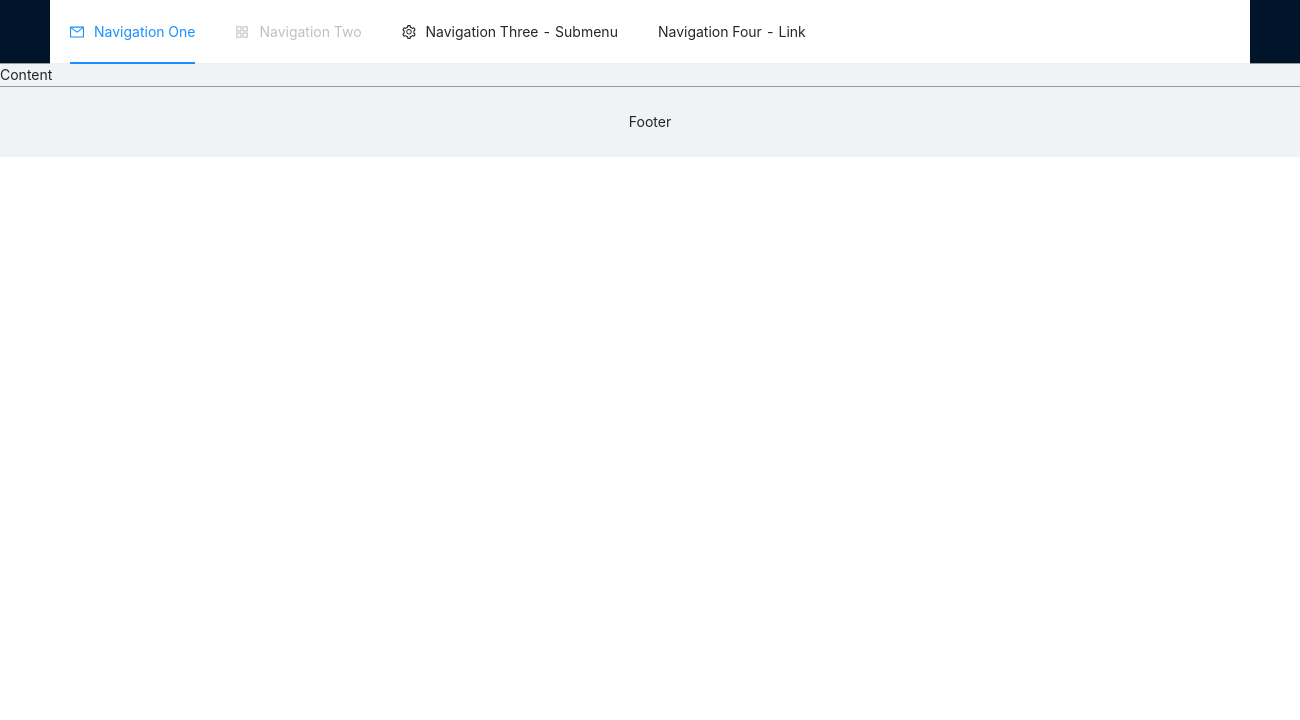
Repository: ohayo-aidi/news-site
Page: /
An editor plug-in stored every save of this project. The page is shown before and after a run of saves, followed by the edit.
The browser window is 1280 px wide. The page is 1300 px wide, so the pictures cover 1300 px, including what lies to the right of the window. The pictures show the whole page.
The project was rebuilt for these pictures with package versions that can differ from the ones it lists, and the page was loaded fresh each time.

Above is the page before, as saved 2022-10-15 11:24:02.

After the next 3 saves:
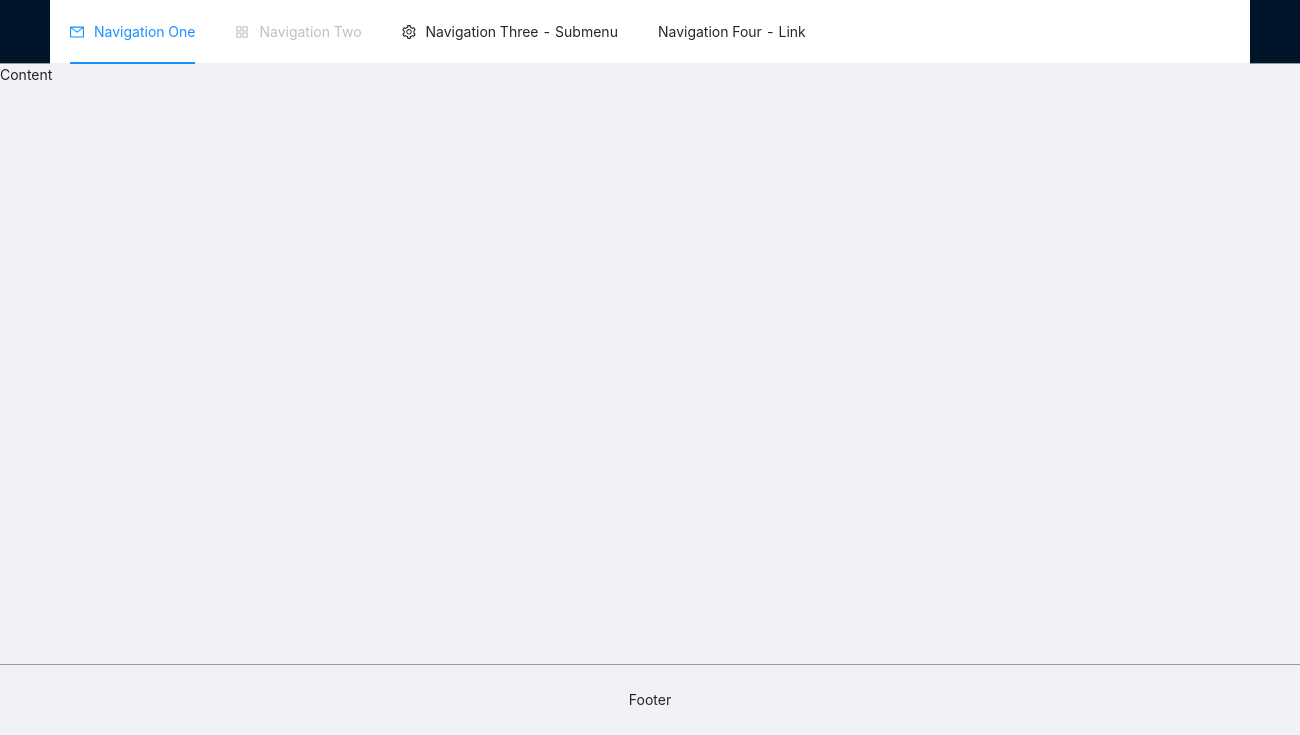
The 3 saves are shown as one change because they came seconds apart.
The last was saved 38 s later.
--- a/src/style.css
+++ b/src/style.css
@@ -4,7 +4,7 @@
 }
 
 .content {
-    min-height: 600px;
+    min-height: 600px !important;
 }
 
 .footer {
